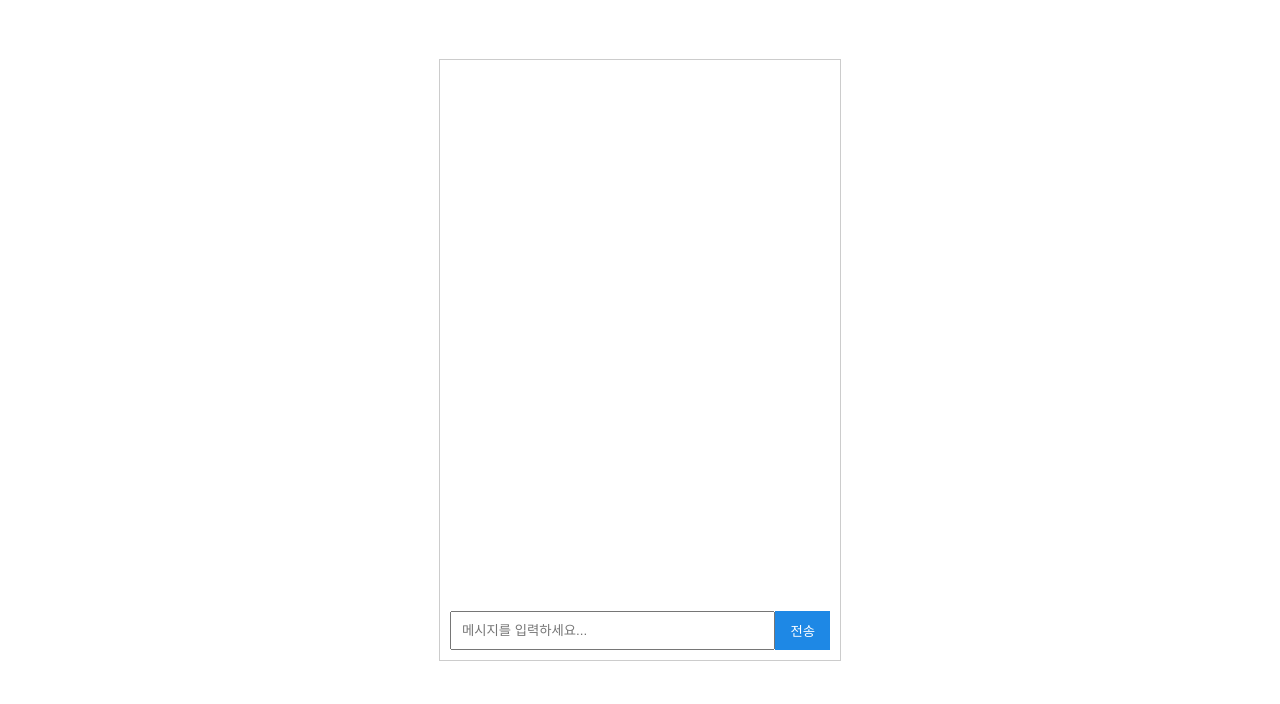
Repository: LifeIsRightward/WebServer
Page: http://localhost/JSPBook/Project/View/Chatbot.jsp?id=null
The author's editor kept a copy of each file at every save. The page is drawn from the files as they stood at one save, then again after the next save.
The browser window is 1280 px wide. The pictures show the whole page.
The page is served by Tomcat 9. Other server files are loaded and not shown.

Above is the page before, as saved 2024-06-09 18:28:35.

### JSPBook/src/main/webapp/Project/View/Chatbot.jsp
<%@ page language="java" contentType="text/html; charset=UTF-8"
    pageEncoding="UTF-8"%>
<!DOCTYPE html>
<html>
<head>
<meta charset="EUC-KR">
<title>Insert title here</title>
<script src="https://code.jquery.com/jquery-3.4.1.js"></script>
<style>
        body {
            display: flex;
            justify-content: center;
            align-items: center;
            height: 100vh;
            margin: 0;
        }
        .message {
            border-top: 1px solid #ccc;
            padding: 10px;
            margin-top: 5px;
            background-color: #e6e6e6;
        }
        #chat-container {
            width: 400px;
            height: 600px;
            display: flex;
            flex-direction: column;
            border: 1px solid #ccc;
        }
        #chat-messages {
            flex: 1;
            overflow-y: auto;
            padding: 10px;
            display: flex;
            flex-direction: column-reverse;
        }
        #user-input {
            display: flex;
            padding: 10px;

        }
        #user-input input {
            flex: 1;
            padding: 10px;
            outline: none;
        }
        #user-input button {
            border: none;
            background-color: #1e88e5;
            color: white;
            padding: 10px 15px;
            cursor: pointer;
        }
    </style>
</head>
<body>
    <div id="chat-container">
        <div id="chat-messages"></div>
        <div id="user-input">
            <input type="text" placeholder="메시지를 입력하세요..." />
            <button>전송</button>
        </div>
    </div>
    <script type="text/javascript" src="../js/Chatbot.js"></script>
</body>
</html>

### JSPBook/src/main/webapp/Project/js/Chatbot.js
// 채팅 메시지를 표시할 DOM
const chatMessages = document.querySelector('#chat-messages');

// 사용자 입력 필드
const userInput = document.querySelector('#user-input input');

// 전송 버튼
const sendButton = document.querySelector('#user-input button');

// 발급받은 OpenAI API 키를 변수로 저장(주 계정)
const apiKey = 'sk-proj-Jqxf9kRHs1TAusLjZHUaT3BlbkFJgy2ptzOiuK0lfbx0xLxR';
// 발급받은 OpenAI API 키를 변수로 저장(부 계정)
//const apiKey = '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';


// OpenAI API 엔드포인트 주소를 변수로 저장
const apiEndpoint = 'https://api.openai.com/v1/chat/completions';

function addMessage(sender, message) {
    // 새로운 div 생성
    const messageElement = document.createElement('div');
    // 생성된 요소에 클래스 추가
    messageElement.className = 'message';
    // 채팅 메시지 목록에 새로운 메시지 추가
    messageElement.textContent = `${sender}: ${message}`;
    chatMessages.prepend(messageElement);
}

// ChatGPT API 요청
async function fetchAIResponse(prompt) {
    // API 요청에 사용할 옵션을 정의
    const requestOptions = {
        method: 'POST',
        // API 요청의 헤더를 설정
        headers: {
            'Content-Type': 'application/json',
            'Authorization': `Bearer ${apiKey}`
        },
        body: JSON.stringify({
            model: "gpt-3.5-turbo",  // 사용할 AI 모델
            messages: [{
                role: "user", // 메시지 역할을 user로 설정
                content: prompt // 사용자가 입력한 메시지
            }],
            temperature: 0.8, // 모델의 출력 다양성
            max_tokens: 1024, // 응답받을 메시지 최대 토큰(단어) 수 설정
            top_p: 1, // 토큰 샘플링 확률을 설정
            frequency_penalty: 0.5, // 일반적으로 나오지 않는 단어를 억제하는 정도
            presence_penalty: 0.5, // 동일한 단어나 구문이 반복되는 것을 억제하는 정도
            stop: ["Human"] // 생성된 텍스트에서 종료 구문을 설정
        })
    };

    //API 요청후 응답 처리
    try {
        const response = await fetch(apiEndpoint, requestOptions);
        const data = await response.json();

        // 응답에서 choices 배열이 존재하는지 확인
        if (!data.choices || data.choices.length === 0) {
            throw new Error('API 응답에 choices 배열이 없습니다.');
        }

        const aiResponse = data.choices[0].message.content;
        return aiResponse;
    } catch (error) {
        console.error('OpenAI API 호출 중 오류 발생:', error);
        return 'OpenAI API 호출 중 오류 발생';
    }
}

// 전송 버튼 클릭 이벤트 처리
sendButton.addEventListener('click', async () => {
    // 사용자가 입력한 메시지
    const message = userInput.value.trim();
    // 메시지가 비어있으면 리턴
    if (message.length === 0) return;
    // 사용자 메시지 화면에 추가
    addMessage('나', message);
    userInput.value = '';
    //ChatGPT API 요청후 답변을 화면에 추가
    const aiResponse = await fetchAIResponse(message);
    addMessage('챗봇', aiResponse);
});

// 사용자 입력 필드에서 Enter 키 이벤트를 처리
userInput.addEventListener('keydown', (event) => {
    if (event.key === 'Enter') {
        sendButton.click();
    }
});

After the next save:
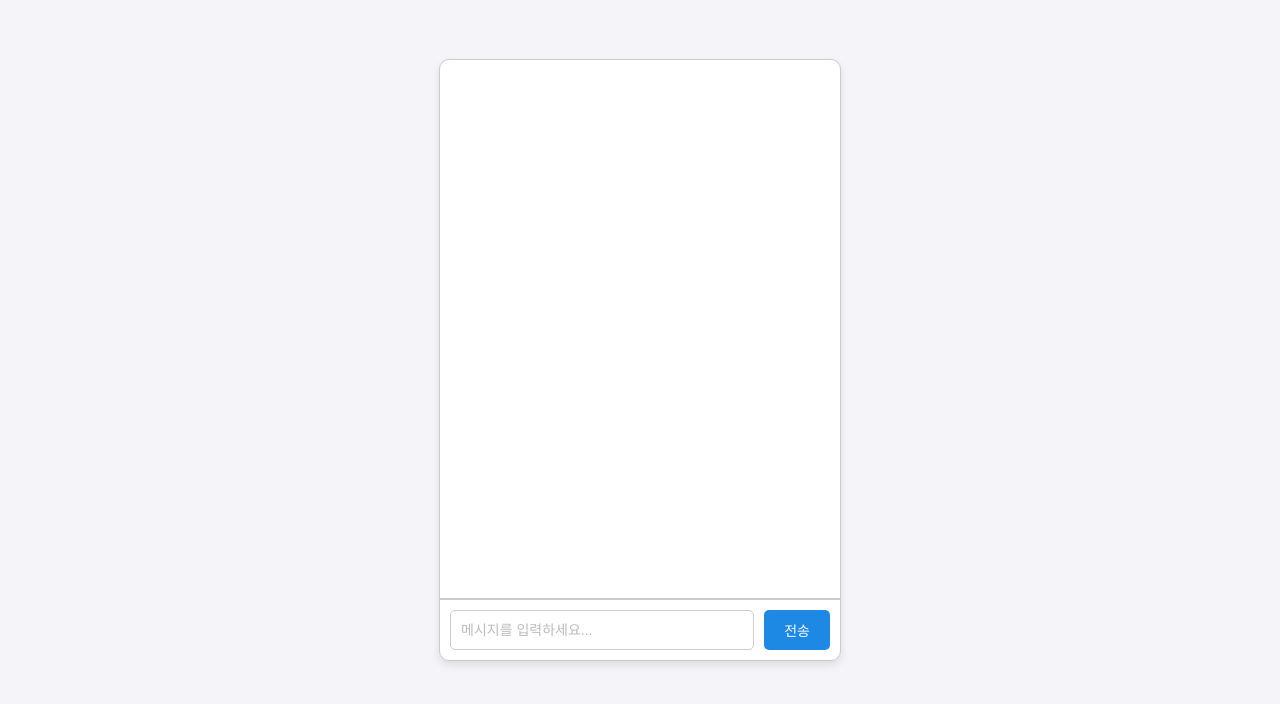
Saved 2 min 7 s later.
--- a/JSPBook/src/main/webapp/Project/View/Chatbot.jsp
+++ b/JSPBook/src/main/webapp/Project/View/Chatbot.jsp
@@ -7,51 +7,77 @@
 <title>Insert title here</title>
 <script src="https://code.jquery.com/jquery-3.4.1.js"></script>
 <style>
-        body {
-            display: flex;
-            justify-content: center;
-            align-items: center;
-            height: 100vh;
-            margin: 0;
-        }
-        .message {
-            border-top: 1px solid #ccc;
-            padding: 10px;
-            margin-top: 5px;
-            background-color: #e6e6e6;
-        }
-        #chat-container {
-            width: 400px;
-            height: 600px;
-            display: flex;
-            flex-direction: column;
-            border: 1px solid #ccc;
-        }
-        #chat-messages {
-            flex: 1;
-            overflow-y: auto;
-            padding: 10px;
-            display: flex;
-            flex-direction: column-reverse;
-        }
-        #user-input {
-            display: flex;
-            padding: 10px;
-
-        }
-        #user-input input {
-            flex: 1;
-            padding: 10px;
-            outline: none;
-        }
-        #user-input button {
-            border: none;
-            background-color: #1e88e5;
-            color: white;
-            padding: 10px 15px;
-            cursor: pointer;
-        }
-    </style>
+    body {
+        display: flex;
+        justify-content: center;
+        align-items: center;
+        height: 100vh;
+        margin: 0;
+        background-color: #f4f4f9;
+        font-family: Arial, sans-serif;
+    }
+    .message {
+        border-top: 1px solid #ccc;
+        padding: 10px;
+        margin-top: 5px;
+        background-color: #ffffff;
+        border-radius: 5px;
+        box-shadow: 0 1px 3px rgba(0, 0, 0, 0.1);
+    }
+    .message:nth-child(odd) {
+        background-color: #f1f1f1;
+    }
+    #chat-container {
+        width: 400px;
+        height: 600px;
+        display: flex;
+        flex-direction: column;
+        border: 1px solid #ccc;
+        border-radius: 10px;
+        box-shadow: 0 4px 8px rgba(0, 0, 0, 0.1);
+        background-color: #fff;
+    }
+    #chat-messages {
+        flex: 1;
+        overflow-y: auto;
+        padding: 20px;
+        display: flex;
+        flex-direction: column-reverse;
+        border-bottom: 1px solid #ccc;
+    }
+    #user-input {
+        display: flex;
+        padding: 10px;
+        border-top: 1px solid #ccc;
+    }
+    #user-input input {
+        flex: 1;
+        padding: 10px;
+        outline: none;
+        border: 1px solid #ccc;
+        border-radius: 5px;
+        margin-right: 10px;
+        font-size: 14px;
+    }
+    #user-input input::placeholder {
+        color: #bbb;
+    }
+    #user-input button {
+        border: none;
+        background-color: #1e88e5;
+        color: white;
+        padding: 10px 20px;
+        border-radius: 5px;
+        cursor: pointer;
+        font-size: 14px;
+    }
+    #user-input button:hover {
+        background-color: #1565c0;
+    }
+    #user-input button:active {
+        background-color: #0d47a1;
+    }
+</style>
 </head>
 <body>
     <div id="chat-container">
